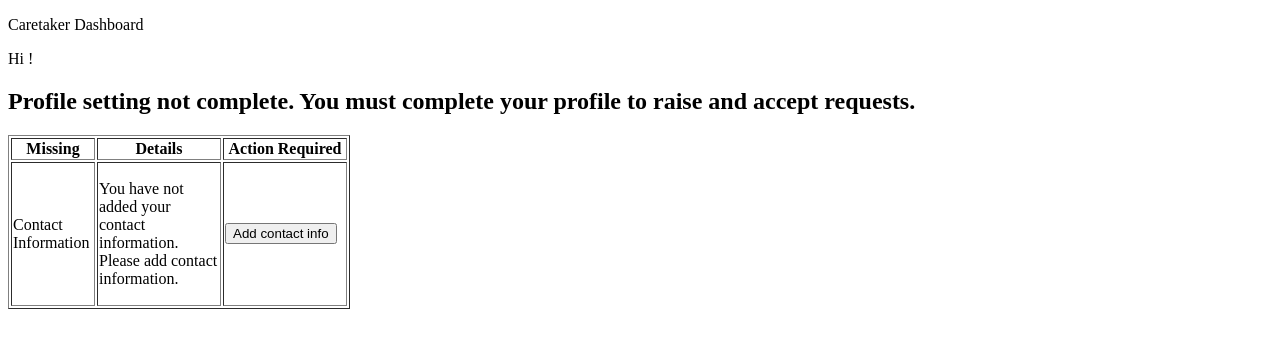
Repository: vasuanne/PetDiaries
Page: http://localhost/SpringMVC/WEB-INF/views/caretakerDashboard.jsp
An editor plug-in stored every save of this project. The page is shown before and after the next save, followed by the edit.
The browser window is 1280 px wide. The pictures show the whole page.
The page is served by Tomcat 9. Nobody is signed in. The template is opened directly, without the code that normally fills it, so the values that code supplies are empty.

Above is the page before, as saved 2017-04-30 02:57:26.

After the next save:
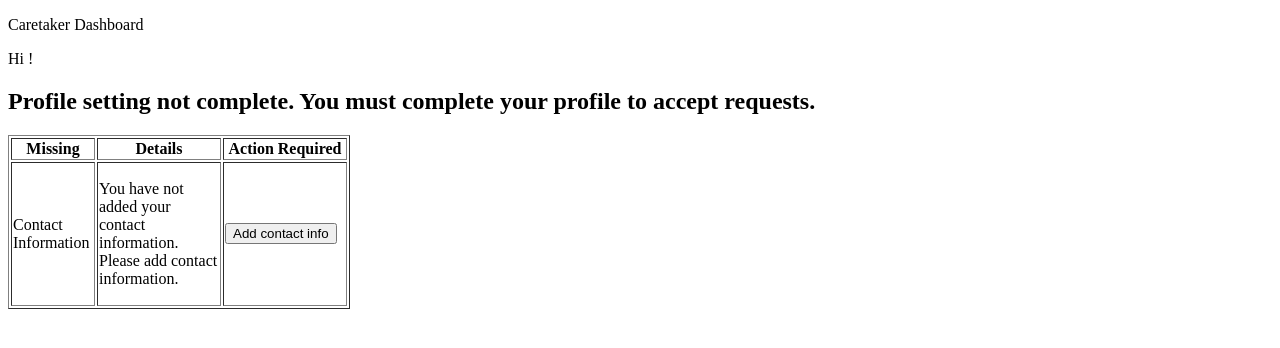
Saved 7 min 26 s later.
--- a/oopsWorkspace/SpringMVC/src/main/webapp/WEB-INF/views/caretakerDashboard.jsp
+++ b/oopsWorkspace/SpringMVC/src/main/webapp/WEB-INF/views/caretakerDashboard.jsp
@@ -18,7 +18,7 @@
 <c:url var="addContactInfo" value="/user/contactInfo" ></c:url>
 
 <c:if test="${petCount == 0 || !contactInfo}">
-<h2>Profile setting not complete. You must complete your profile to raise and accept requests.</h2>
+<h2>Profile setting not complete. You must complete your profile to accept requests.</h2>
 	<table class="tg"  border="1px">
 	<tr>
 		<th width="80" >Missing</th>
